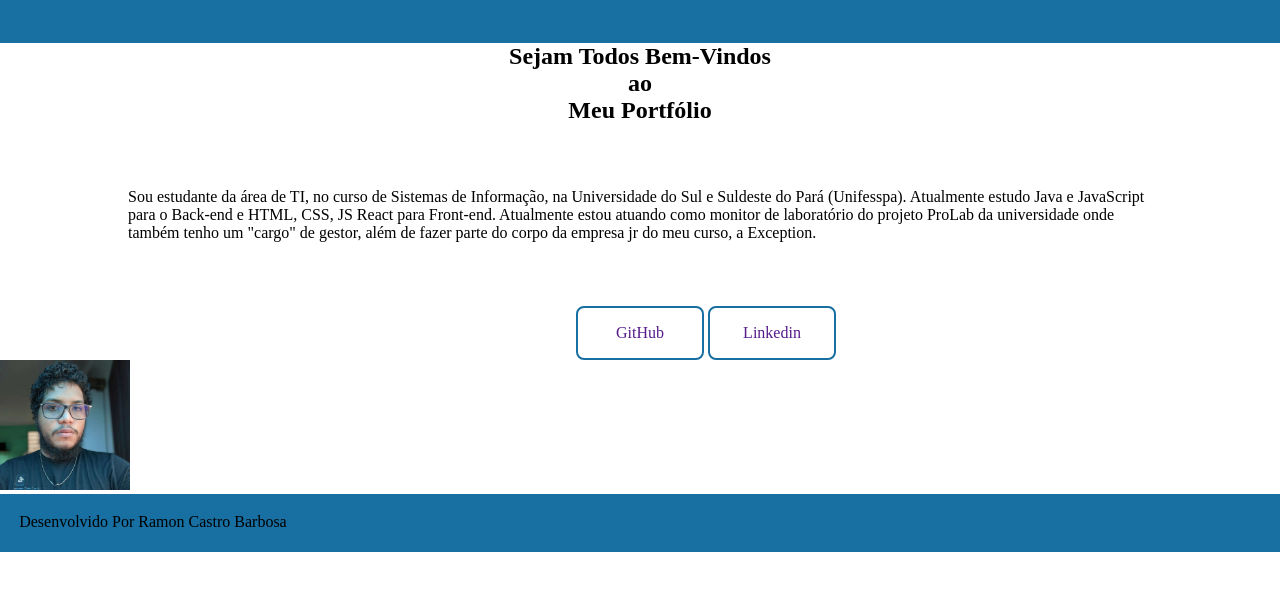
Repository: ramoncbarbosa/Web1_Atividade2
Page: index.html
The author's editor kept a copy of each file at every save. The page is drawn from the files as they stood at one save, then again after the next save.
The browser window is 1280 px wide. The pictures show the whole page.

Above is the page before, as saved 2023-06-10 15:46:40.

### index.html
<!DOCTYPE html>
<html lang="pt-br">
<head>
    <meta charset="UTF-8">
    <meta name="viewport" content="width=device-width, initial-scale=1.0">
    <link rel="stylesheet" href="./styles/styles.css">
    <title>Portfólio</title>
</head>
<body>
    <header class="cabecalho">
        <nav>
           <a href=""></a>
           <a href=""></a>
        </nav>
    </header>
    <section></section>
    <main class="principal">
        <section class="principal__principal">
            <h1 class="principal__titulo">Sejam Todos Bem-Vindos<br> ao<br> <strong>Meu Portfólio</strong></h1>
            <p class="principal__texto">
                Sou estudante da área de TI, no curso de Sistemas de Informação, na Universidade do Sul e Suldeste do Pará (Unifesspa). Atualmente estudo Java e JavaScript para o Back-end e HTML, CSS, JS React para Front-end.
                    Atualmente estou atuando como monitor de laboratório do projeto ProLab da universidade onde também tenho um "cargo" de gestor, além de fazer parte do corpo da empresa jr do meu curso, a Exception.
            </p>
            <div class="princiapl__links">
                <a target="_blank" class="social__github" href=""><img src="" alt="">GitHub</a>

                <a target="_blank" class="social__linkedin" href=""><img src="" alt="">Linkedin</a>
            </div>
        </section>
            <img src="./img/perfil.jpg" alt="" width="130" height="130">
    </main>
    <footer class="rodape">
        <p class="rodape__rodape">Desenvolvido Por Ramon Castro Barbosa</p>
    </footer>
</body>
</html>

### styles/styles.css
*{
    padding: 0;
    margin: 0;
    box-sizing: border-box;
    text-decoration: none;
}

:root{
    --cor-um: #176FA2;
    --cor-dois: #EEEEEE;
    --cor-tres: #000000;
}

.cabecalho{
    width: 100%;
    height: 6vh;
    padding: 2% 0 0 10%
    gap: 5rem;
    display: flex;
    background-color: var(--cor-um);
}

.principal{
    justify-content: center;
}

.principal__titulo{
    text-align: center;
    justify-content: center;
}

.principal__texto{
    display: flex;
    align-items: center;
    flex-wrap: wrap;
    justify-content: space-around;
    padding: 5% 10%;
}

.principal__links{
    display: flex;
    flex-direction: row;
    justify-content: space-between;
    align-items: center;
    gap: 1rem;
}

.social__github{
    width: 10%;
    padding: 1rem 0;
    margin-left: 45%;
    display: inline-flex;
    align-items: center;
    justify-content: center;
    text-align: center;
    border: 2px solid var(--cor-um);
    border-radius: 0.5rem;
}

.social__linkedin{
    width: 10%;
    padding: 1rem 0;
    display: inline-flex;
    align-items: center;
    justify-content: center;
    text-align: center;
    border: 2px solid var(--cor-um);
    border-radius: 0.5rem;
}

.imagem{

}

.rodape{
    width: 100%;
    height: 8vh;
    display: flex;
    background-color: var(--cor-um);
}

.rodape__rodape{


    text-align: center;
    padding: 1.5%;
}

After the next save:
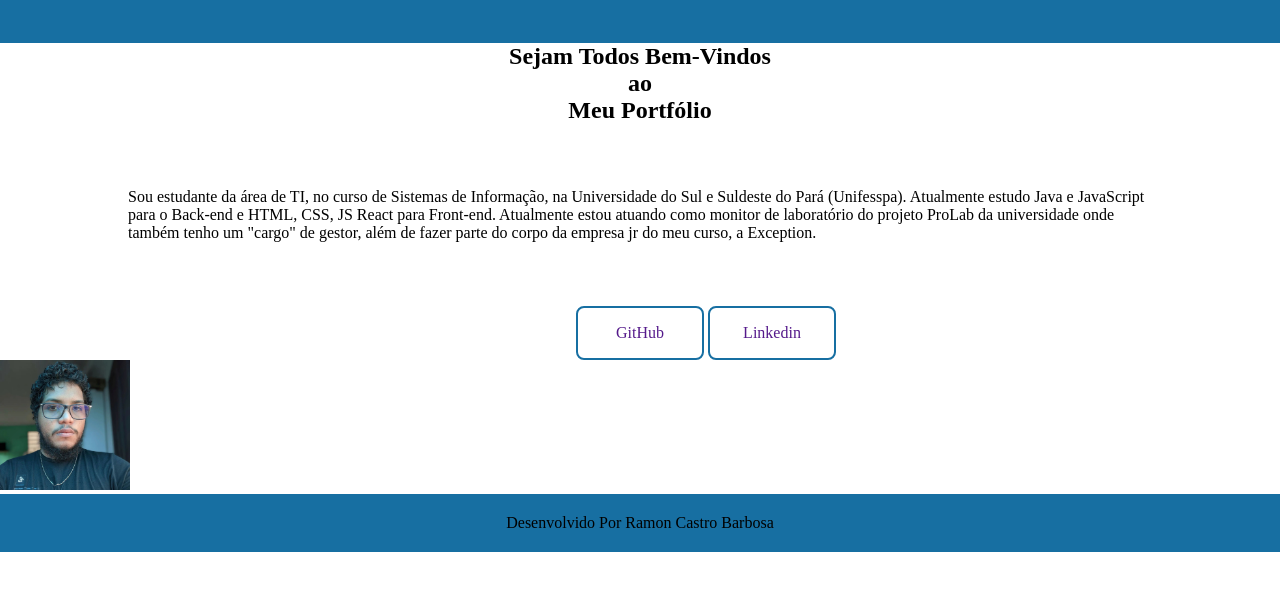
Saved 4 s later.
--- a/styles/styles.css
+++ b/styles/styles.css
@@ -76,6 +76,12 @@
     width: 100%;
     height: 8vh;
     display: flex;
+
+    display: flex;
+    align-items: center;
+    flex-wrap: wrap;
+    justify-content: space-around;
+
     background-color: var(--cor-um);
 }
 
